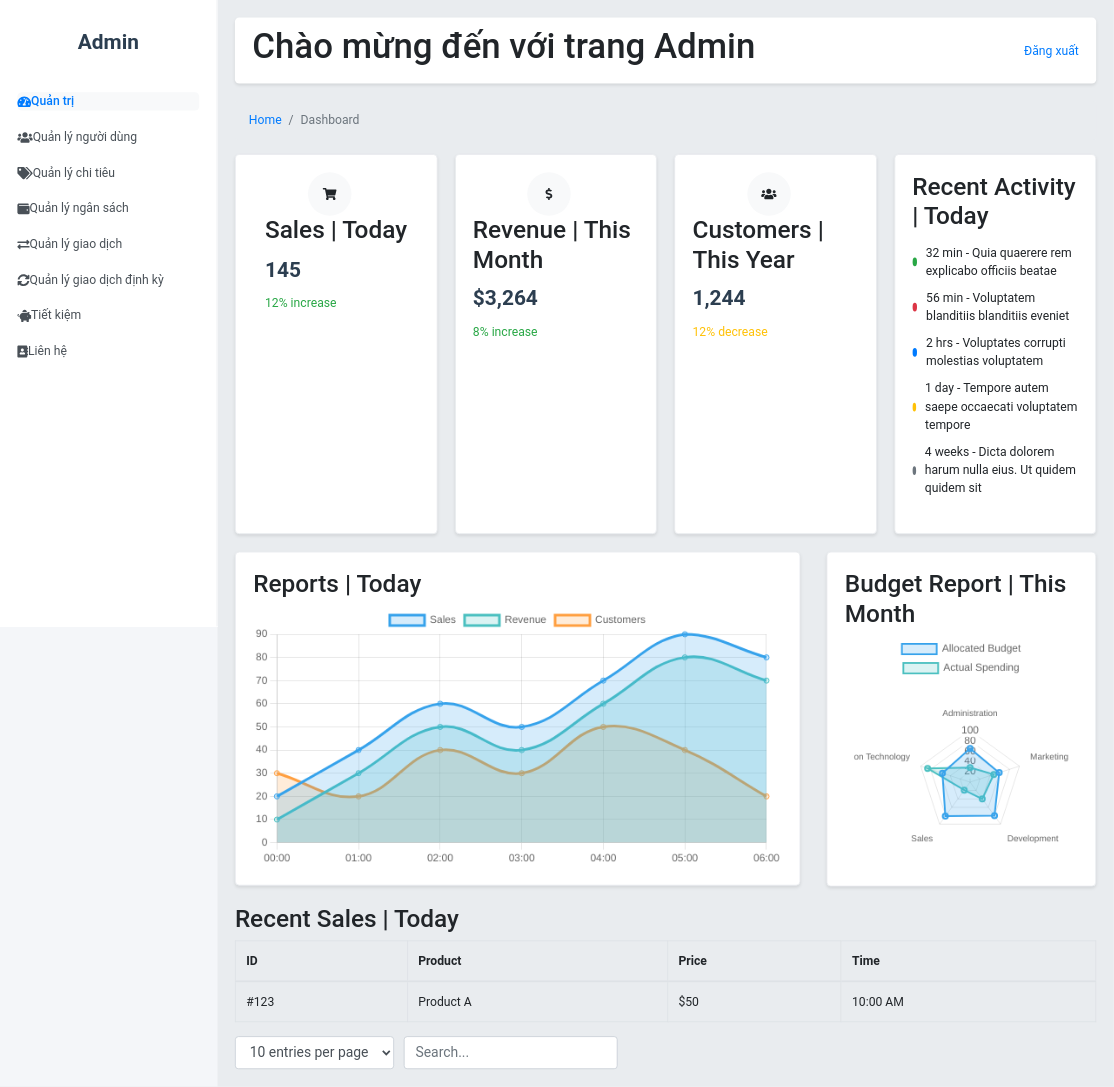
Repository: PhanVanHoa051204/Project3
Page: http://localhost/Project3/dashboard.jsp
These files come from the project's save history. The page is drawn as it stood at one moment and after the next save; the edit follows.
The browser window is 1280 px wide. The pictures show the whole page, at 87% of full size.
The page is served by Tomcat 9.

Above is the page before, as saved 2025-03-14 18:37:42.

After the next save:
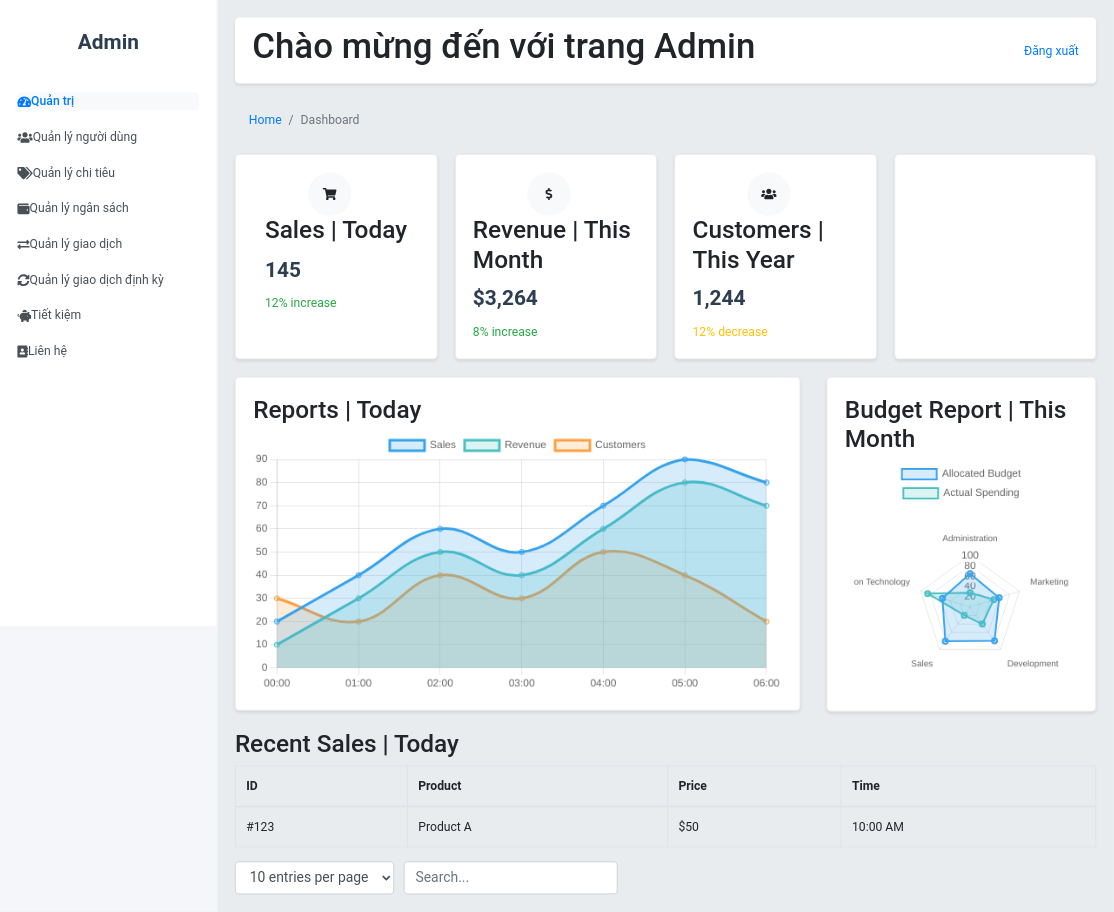
Saved 56 s later.
--- a/PhanVanHoa_2210900023_K22CNT1/Project3/src/main/webapp/dashboard.jsp
+++ b/PhanVanHoa_2210900023_K22CNT1/Project3/src/main/webapp/dashboard.jsp
@@ -99,7 +99,7 @@
 						</div>
 						<div class="card stats-card">
 							<div class="card-content">
-								<h3>Recent Activity | Today</h3>
+								<!-- <h3>Recent Activity | Today</h3>
 								<ul class="activity-list">
 									<li><span class="dot green"></span>32 min - Quia quaerere
 										rem explicabo officiis beatae</li>
@@ -111,7 +111,7 @@
 										saepe occaecati voluptatem tempore</li>
 									<li><span class="dot grey"></span>4 weeks - Dicta dolorem
 										harum nulla eius. Ut quidem quidem sit</li>
-								</ul>
+								</ul> -->
 							</div>
 						</div>
 					</div>
